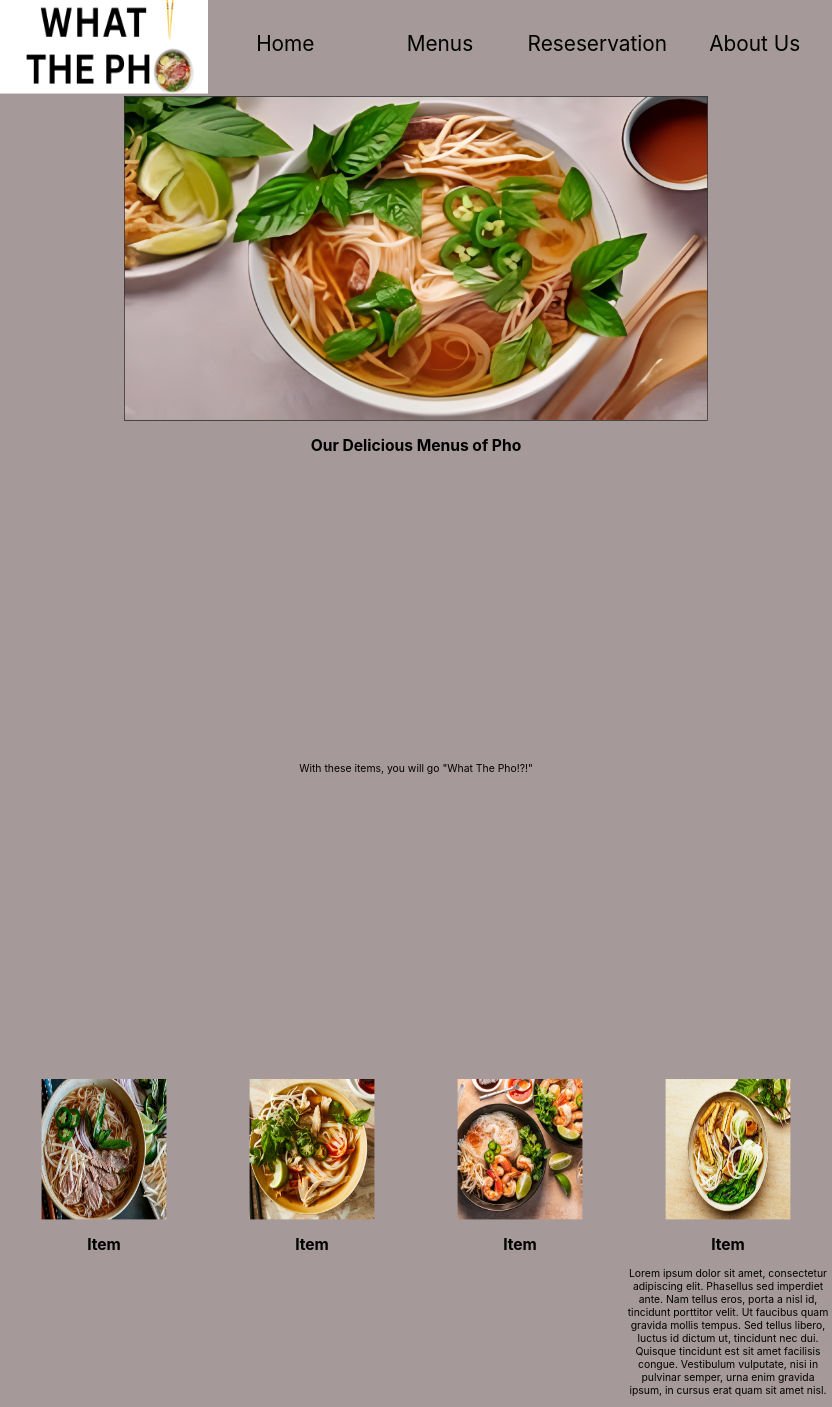
Repository: NguyenkhDang/Restaurant-Website
Page: /
These files come from the project's save history. The page is drawn as it stood at one moment and after the next save; the edit follows.
The browser window is 1280 px wide. The pictures show the whole page, at 65% of full size.
The project was rebuilt for these pictures with package versions that can differ from the ones it lists, and the page was loaded fresh each time.

Above is the page before, as saved 2026-01-15 22:11:53.

After the next save:
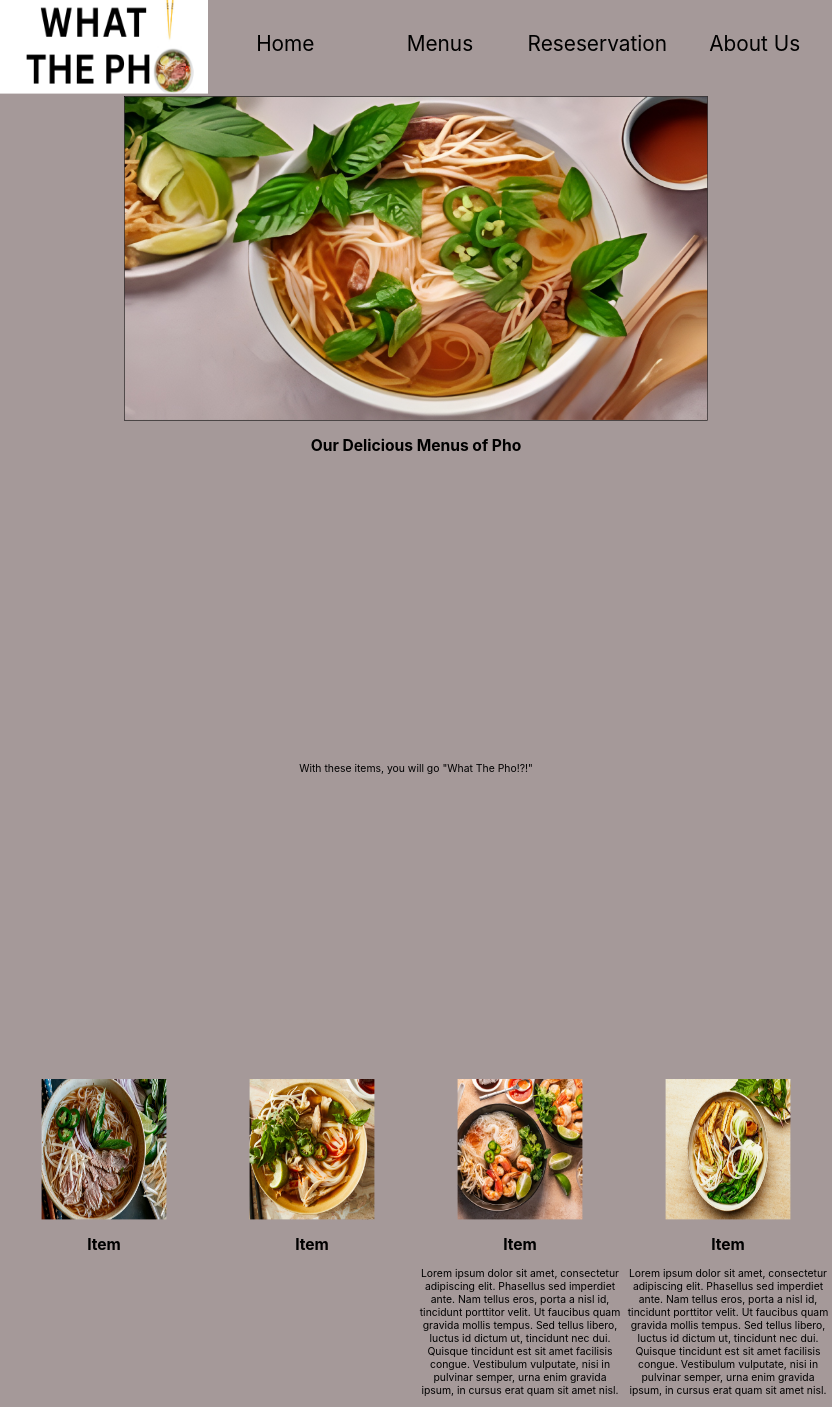
Saved 13 s later.
--- a/src/App.js
+++ b/src/App.js
@@ -34,6 +34,7 @@ function App() {
               <img  src={ShrimpPho}
                     style={{width: "15vw", height: "30vh"}}/>
               <h2>Item</h2>
+              <p>Lorem ipsum dolor sit amet, consectetur adipiscing elit. Phasellus sed imperdiet ante. Nam tellus eros, porta a nisl id, tincidunt porttitor velit. Ut faucibus quam gravida mollis tempus. Sed tellus libero, luctus id dictum ut, tincidunt nec dui. Quisque tincidunt est sit amet facilisis congue. Vestibulum vulputate, nisi in pulvinar semper, urna enim gravida ipsum, in cursus erat quam sit amet nisl. </p>
             </div>
             <div>
               <img  src={VeganPho}
